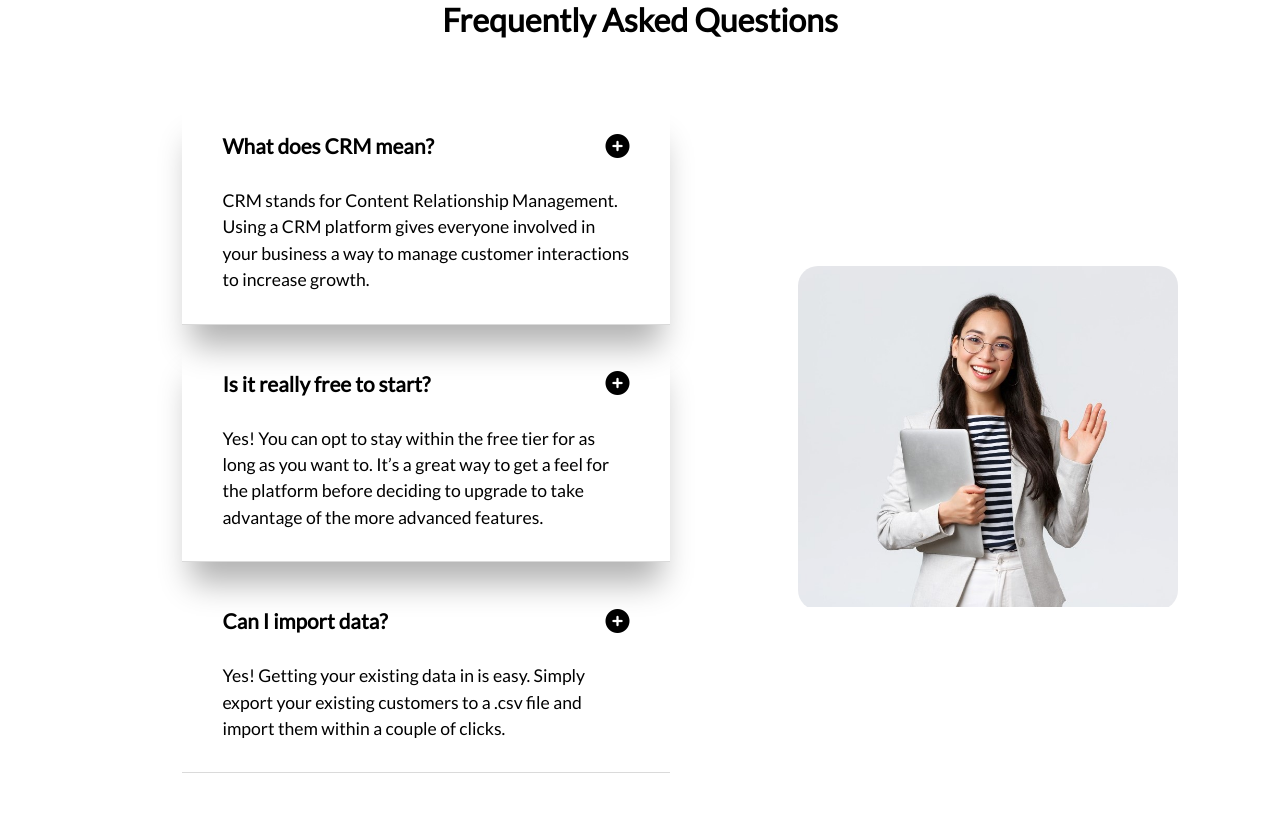
Repository: emiliaiwu/faq_component
Page: index.html
An editor plug-in stored every save of this project. The page is shown before and after the next save, followed by the edit.
The browser window is 1280 px wide. The pictures show the whole page.
Some web libraries are served in a nearby version.

Above is the page before, as saved 2022-12-13 16:35:26.

### index.html
<!DOCTYPE html>
<html lang="en">
<head>
    <meta charset="UTF-8">
    <meta http-equiv="X-UA-Compatible" content="IE=edge">
    <meta name="viewport" content="width=device-width, initial-scale=1.0">
    <link rel="stylesheet" href="style.css">
    <script src="https://kit.fontawesome.com/fd9c36575f.js" crossorigin="anonymous"></script>
    <title>FAQ Component</title>
</head>
<body>
        <h2>Frequently Asked Questions</h2>
        <article class="faq_component">
            <div class="faq_container">
                <div class="faq_content active">
                    <div class="faq_header">
                        <h3>What does CRM mean?</h3>
                        <i class="fa-solid fa-circle-plus"></i>
                    </div>
                    <div class="content_wrap">
                        <p class="content hidden">
                            CRM stands for Content Relationship Management. Using a CRM platform gives everyone involved in your business a way to manage customer interactions to increase growth.
                        </p>
                    </div>
                </div>

                <div class="faq_content active">
                    <div class="faq_header">
                        <h3>Is it really free to start?</h3>
                        <i class="fa-solid fa-circle-plus"></i>
                    </div>
                    <div class="content_wrap">
                        <p class="content hidden">
                            Yes! You can opt to stay within the free tier for as long as you want to. It’s a great way to get a feel for the platform before deciding to upgrade to take advantage of the more advanced features.
                        </p>
                    </div>
                </div>

                <div class="faq_content">
                    <div class="faq_header">
                        <h3>Can I import data?</h3>
                        <i class="fa-solid fa-circle-plus"></i>
                    </div>
                    <div class="content_wrap">
                         <p class="content hidden">
                            Yes! Getting your existing data in is easy. Simply export your existing customers to a .csv file and import them within a couple of clicks.
                        </p>
                    </div>
                </div>
            </div>
            <div class="faq_image">
                <img src="img/meeting.jpg" alt="">
            </div>
        </article>
 <script src="script.js"></script>
</body>
</html>

### style.css
@import url('https://fonts.googleapis.com/css2?family=Lato:wght@300;400&display=swap');

* {
    margin: 0;
    padding: 0;
    box-sizing: border-box;
}

body {
    font-family: 'Lato', sans-serif;
    max-width: 100vw;
    min-height: 100vh;
    flex-direction: column;

}

body,
.faq_component,
.faq_container {
    display: flex;
    align-items: center;
    justify-content: center;

}


/* TYPOGRAPHY */
h2 {
    text-align: center;
    font-size: 2rem;
    font-family: inherit;

}

h3 {
    font-size: 1.3rem;
    font-family: inherit;
}

p {
    font-size: 1.1rem;
    font-family: inherit;
    height: 100%;
    line-height: 1.5;
}

.fa-solid {
    font-size: 1.5rem;
}



/* MAIN BODY */
.faq_component {
    margin: 4rem 8vw;
    gap: 3rem;
}

.faq_image {
    min-width: 380px;
    max-width: 800px;
    border-radius: 20px;
    overflow: hidden;
}

img {
    width: 100%;
    height: auto;
}

.faq_container {
    padding: 0 5rem;
    flex-direction: column;
    gap: 1rem;
}

.faq_header {
    display: flex;
    align-items: center;
    justify-content: space-between;
    padding: 30px 0px 30px 0;
}

.faq_content {
    padding: 0 40px;
    border-bottom: 1px solid rgba(0, 0, 0, 0.146);
    cursor: pointer;
}

.content_wrap {
    max-height: 150px;
    padding: 0 0 30px;
}


/* ACTIVE CLASSES */

.faq_content.active {
    box-shadow: 0px 30px 30px -9px rgba(0,0,0,0.30);
    -webkit-box-shadow: 0px 30px 30px -9px rgba(0,0,0,0.30);
}



@media only screen and (max-width: 1000px) {
    .faq_component {
        flex-direction: column;
        margin: 4rem 8vw;
    }

    h2 {
        margin-top: 3rem;
    }

    .faq_container {
        padding: 0;
    }

    .content_wrap {
    max-height: 300px;
    padding: 0 0 30px;
    }
}

### script.js
'use strict';
const faqHeader = document.querySelectorAll('.faq_header');
const faqContent = document.querySelectorAll('.faq_content');
const content = document.querySelector('.content');



faqContent.forEach((faq) => {
    faq.addEventListener('click', function () {
        // deselect();
        faq.classList.toggle('active');

    });
})


// const deselect = () => {
//     faqHeader.forEach((faq) => {
//         faqContent.classList.remove('active');
// 		content.classList.add('hidden');
// 		faq.classList.remove('open');
//     })
// }

After the next save:
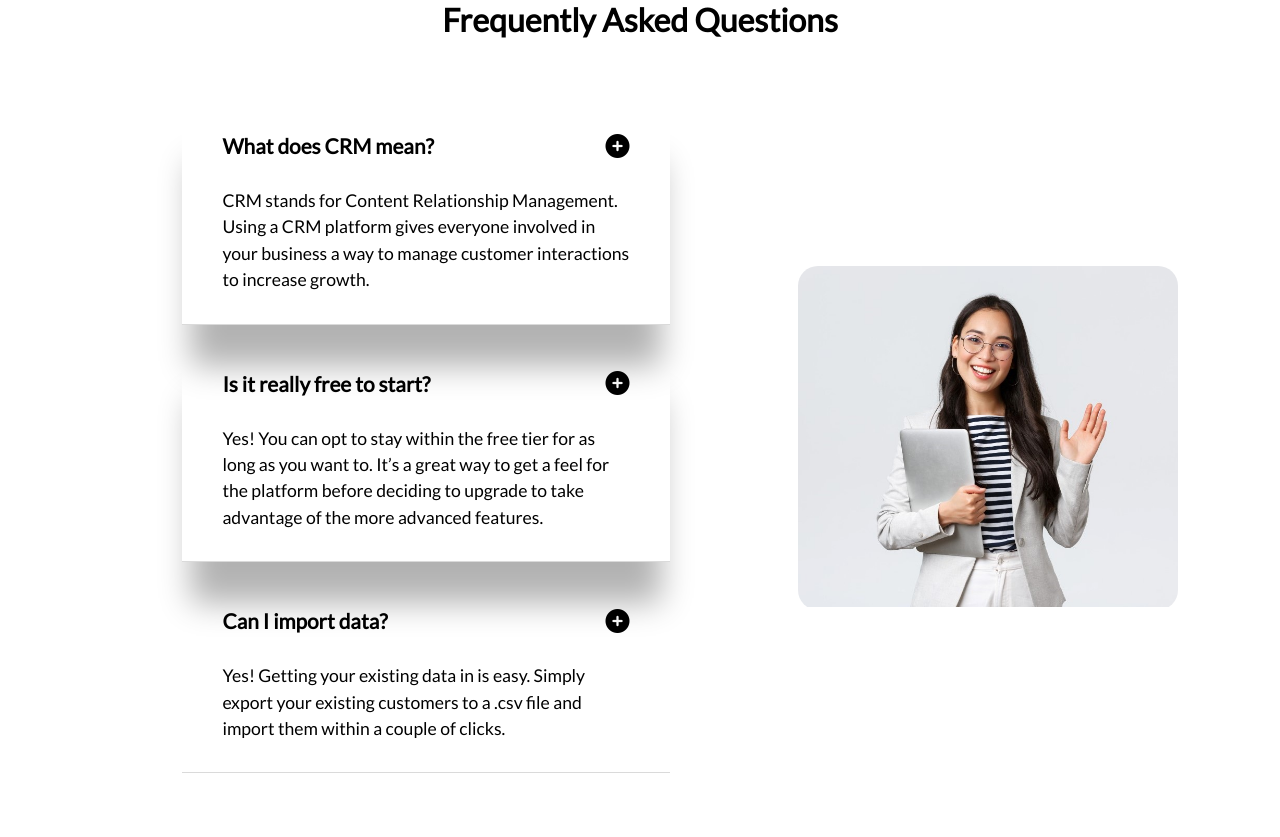
Saved 9 s later.
--- a/style.css
+++ b/style.css
@@ -97,7 +97,7 @@ img {
 
 .faq_content.active {
     box-shadow: 0px 30px 30px -9px rgba(0,0,0,0.30);
-    -webkit-box-shadow: 0px 30px 30px -9px rgba(0,0,0,0.30);
+    -webkit-box-shadow: 0px 50px 30px -9px rgba(0,0,0,0.30);
 }
 
 
